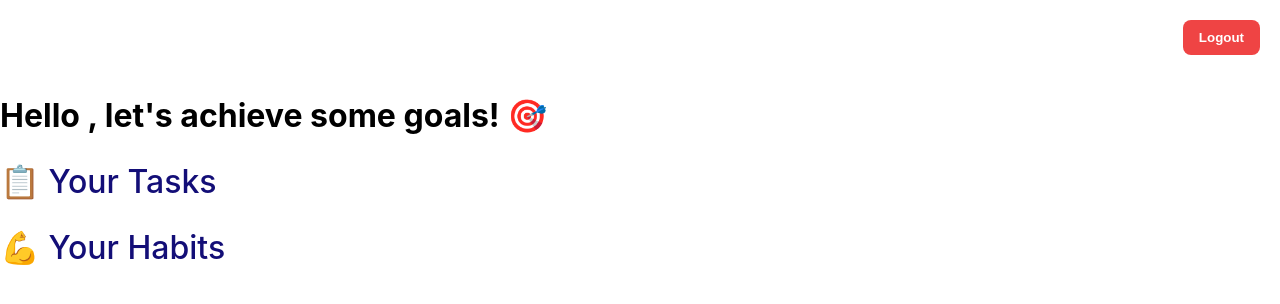
Repository: RachelB9913/smart-task-and-habit-tracker
Page: /dashboard
These files come from the project's save history. The page is drawn as it stood at one moment and after the next save; the edit follows.
The browser window is 1280 px wide. The pictures show the whole page.
The project was rebuilt for these pictures with package versions that can differ from the ones it lists, and the page was loaded fresh each time. Also part of the build but not shown: src/components/PageWrapper.js, src/components/welcome.js, src/services/api.js, src/components/Login.js, src/components/Register.js.

Above is the page before, as saved 2025-06-20 11:03:23.

### src/App.js
import { BrowserRouter as Router, Routes, Route } from 'react-router-dom';
import Welcome from './components/welcome';
import Login from './components/Login';
import Register from './components/Register';
import Dashboard from './components/DashBoard';

function App() {
  return (
    <Router>
      <Routes>
        <Route path="/" element={<Welcome />} />
        <Route path="/login" element={<Login />} />
        <Route path="/register" element={<Register />} />
        <Route path="/dashboard" element={<Dashboard />} />
      </Routes>
    </Router>
  );
}

export default App;

### src/components/DashBoard.js
import { useEffect, useState } from "react";
import { useNavigate } from "react-router-dom";

export default function Dashboard() {
  const [user, setUser] = useState(null);
  const [tasks, setTasks] = useState([]);
  const [habits, setHabits] = useState([]);
  const navigate = useNavigate();

  useEffect(() => {
    const storedUser = JSON.parse(localStorage.getItem("user"));
    if (storedUser) {
      setUsername(storedUser.username);
    }
  }, []);

  useEffect(() => {
    if (user) {
      fetch(`http://localhost:8080/api/tasks/user/${user.id}`)
        .then(res => {
          if (!res.ok) throw new Error("Failed to fetch tasks");
          return res.text(); // Get raw text first
        })
        .then(text => {
          if (!text) return []; // If empty response, return empty array
          return JSON.parse(text); // Convert to JSON
        })
        .then(data => setTasks(data))
        .catch(err => console.error("Task Fetch Error:", err));

      fetch(`http://localhost:8080/api/habits/user/${user.id}`)
        .then(res => {
          if (!res.ok) throw new Error("Failed to fetch habits");
          return res.text();
        })
        .then(text => {
          if (!text) return [];
          return JSON.parse(text);
        })
        .then(data => setHabits(data))
        .catch(err => console.error("Habit Fetch Error:", err));
    }
  }, [user]);

  const handleLogout = () => {
    localStorage.removeItem("user");
    navigate("/");
  };

  return (
    <div className="dashboard-container">
      <header className="dashboard-header">
        <button onClick={handleLogout}>Logout</button>
      </header>

      <main>
        <h1>Hello {user?.username}, let's achieve some goals! 🎯</h1>

        <section>
          <h2>📋 Your Tasks</h2>
          <ul>
            {tasks.map(task => (
              <li key={task.id}>{task.title} - {task.status}</li>
            ))}
          </ul>
        </section>

        <section>
          <h2>💪 Your Habits</h2>
          <ul>
            {habits.map(habit => (
              <li key={habit.id}>{habit.title} - {habit.frequency}</li>
            ))}
          </ul>
        </section>
      </main>
    </div>
  );
}

### src/App.css
form input {
  width: 100%;
  padding: 0.75rem;
  margin-bottom: 1rem;
  border: 1px solid #ddd;
  border-radius: 0.5rem;
  font-size: 1rem;
  transition: border-color 0.2s;
}

form input:focus {
  border-color: #6366f1; /* Indigo */
  outline: none;
}

form button,
.form-container button {
  width: 100%;
  padding: 0.75rem;
  font-size: 1rem;
  color: white;
  background-color: #6d6ed0; /* Indigo */
  border: none;
  border-radius: 0.5rem;
  cursor: pointer;
  transition: background-color 0.2s;
}

form button:hover,
.form-container button:hover {
  background-color: #4f46e5; /* Darker Indigo */
}

.form-container {
  max-width: 400px;
  margin: 100px auto;
  padding: 2rem;
  background-color: white;
  border-radius: 1rem;
  box-shadow: 0 8px 20px rgba(0, 0, 0, 0.1);
  text-align: center;
}

h2 {
  margin-bottom: 1.5rem;
  color: #130e77;
  font-size: 2rem;
  font-weight: 500;

}

.welcome-root {
  font-family: 'Manrope', 'Noto Sans', sans-serif;
  background: linear-gradient(to bottom, hsl(143, 51%, 71%), #1c979e);
  color: #111418;
  min-height: 100vh;
  display: flex;
  flex-direction: column;
}

.welcome-header {
  display: flex;
  justify-content: space-between;
  align-items: center;
  padding: 0rem 2rem;
  border-bottom: 1px solid #030f21;
  background-color: rgb(255, 255, 255);
}

.logo-area {
  display: flex;
  align-items: center;
  gap: 0.5rem;
}

.nav-links, .nav-actions {
  display: flex;
  gap: 1rem;
  align-items: center;
}

.nav-links a, .footer a {
  text-decoration: none;
  font-weight: 500;
  color: #111418;
}

.nav-actions button {
  padding: 0.5rem 1rem;
  border-radius: 8px;
  border: none;
  font-weight: bold;
  cursor: pointer;
}

/* top buttons */
.nav-actions button:first-child {
  background: #0c7ff2;
  color: white;
}

.nav-actions button:first-child:hover {
  background: #0361bf; /* new hover color */
  color: #e3e3e3;      /* optional: change text color on hover */
}

.nav-actions button:last-child {
  background: #f0f2f5;
  color: #111418;
}

.nav-actions button:last-child:hover {
  background: #b5b8bd; /* new hover color */
  color: #0c7ff2;      /* optional: change text color on hover */
}

.welcome-hero {
  background: transparent;
  padding: 3rem 2rem;
  text-align: center;
  color: rgb(1, 0, 9);
}

.welcome-hero h1 {
  font-size: 2.5rem;
  font-weight: 800;
}

.hero-actions {
  margin-top: 2rem;
  display: flex;
  justify-content: center;
  gap: 1rem;
}

.hero-actions button {
  padding: 0.75rem 1.5rem;
  font-weight: bold;
  border-radius: 8px;
  border: none;
  cursor: pointer;
}

/* center buttons */
.hero-actions button:first-child {
  background-color: #0c7ff2;
  color: white;
}

.hero-actions button:first-child:hover {
  background-color: #0c7ff2;
  color: white;
  border: #0d1101 1px solid;
}

.hero-actions button:last-child {
  background-color: #f0f2f5;
  color: #111418;
}

.hero-actions button:last-child:hover {
  background-color: #f0f2f5;
  color: #111418;
  border: #0d1101 1px solid;
}

.features {
  padding: 3rem 2rem;
  text-align: center;
}

.feature-cards {
  display: flex;
  gap: 1rem;
  flex-wrap: wrap;
  justify-content: center;
  margin-top: 2rem;
}

.feature-card {
  background: white;
  padding: 1.5rem;
  border-radius: 12px;
  border: 1px solid #052246;
  max-width: 300px;
  text-align: left;
  text-align: center;
  box-shadow: 0 4px 10px rgba(0, 0, 0, 0.5);

}

.footer {
  text-align: center;
  padding: 2rem;
  font-size: 1.1rem;
  color: #0d1101;
}

.register-background {
  background: linear-gradient(to left top, hsl(143, 51%, 71%), #1c979e);
  min-height: 100vh;
  display: flex;
  align-items: center;
  justify-content: center;
}

.login-background {
  background: linear-gradient(to right bottom, hsl(143, 51%, 71%), #1c979e);
  min-height: 100vh;
  display: flex;
  align-items: center;
  justify-content: center;
}

### src/components/Auth.css
.auth-container {
  max-width: 400px;
  margin: 60px auto;
  padding: 2rem;
  background-color: #f8f9fa;
  border-radius: 12px;
  box-shadow: 0 2px 10px rgba(0, 0, 0, 0.1);
}

.auth-form {
  display: flex;
  flex-direction: column;
  gap: 1rem;
}

.auth-form input {
  padding: 0.75rem;
  border-radius: 8px;
  border: 1px solid #ccc;
  font-size: 1rem;
}

.auth-form button {
  padding: 0.75rem;
  background-color: #007bff;
  color: white;
  border: none;
  border-radius: 8px;
  font-size: 1rem;
  cursor: pointer;
}

.auth-form button:hover {
  background-color: #0056b3;
}


.dashboard-header {
  display: flex;
  justify-content: flex-end;
  padding: 20px;
}

.dashboard-header button {
  padding: 10px 16px;
  background-color: #ef4444; /* red */
  color: white;
  border: none;
  border-radius: 8px;
  font-weight: bold;
  cursor: pointer;
}

.dashboard-header button:hover {
  background-color: #ad2626;
}

.button-group {
  display: flex;
  flex-direction: column;
  gap: 10px; /* Adjust the space between buttons */
}

Loaded but not shown: public/index.html (common file); src/index.js (common file); src/index.css (common file); src/reportWebVitals.js (common file)

After the next save:
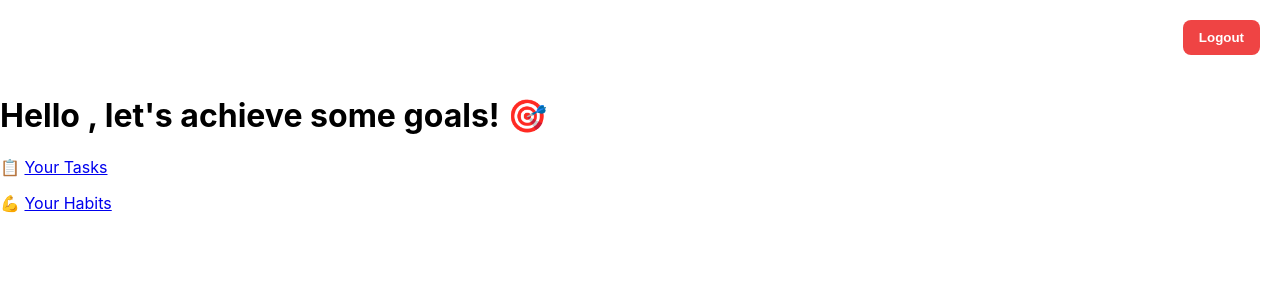
Saved 44 s later.
--- a/src/components/DashBoard.js
+++ b/src/components/DashBoard.js
@@ -2,48 +2,18 @@ import { useEffect, useState } from "react";
 import { useNavigate } from "react-router-dom";
 
 export default function Dashboard() {
-  const [user, setUser] = useState(null);
-  const [tasks, setTasks] = useState([]);
-  const [habits, setHabits] = useState([]);
+  const [username, setUsername] = useState(""); // ✅ this line was missing
   const navigate = useNavigate();
 
   useEffect(() => {
-    const storedUser = JSON.parse(localStorage.getItem("user"));
-    if (storedUser) {
-      setUsername(storedUser.username);
+    const storedUsername = localStorage.getItem("username");
+    if (storedUsername) {
+      setUsername(storedUsername);
     }
   }, []);
 
-  useEffect(() => {
-    if (user) {
-      fetch(`http://localhost:8080/api/tasks/user/${user.id}`)
-        .then(res => {
-          if (!res.ok) throw new Error("Failed to fetch tasks");
-          return res.text(); // Get raw text first
-        })
-        .then(text => {
-          if (!text) return []; // If empty response, return empty array
-          return JSON.parse(text); // Convert to JSON
-        })
-        .then(data => setTasks(data))
-        .catch(err => console.error("Task Fetch Error:", err));
-
-      fetch(`http://localhost:8080/api/habits/user/${user.id}`)
-        .then(res => {
-          if (!res.ok) throw new Error("Failed to fetch habits");
-          return res.text();
-        })
-        .then(text => {
-          if (!text) return [];
-          return JSON.parse(text);
-        })
-        .then(data => setHabits(data))
-        .catch(err => console.error("Habit Fetch Error:", err));
-    }
-  }, [user]);
-
   const handleLogout = () => {
-    localStorage.removeItem("user");
+    localStorage.removeItem("username");
     navigate("/");
   };
 
@@ -54,25 +24,9 @@ export default function Dashboard() {
       </header>
 
       <main>
-        <h1>Hello {user?.username}, let's achieve some goals! 🎯</h1>
-
-        <section>
-          <h2>📋 Your Tasks</h2>
-          <ul>
-            {tasks.map(task => (
-              <li key={task.id}>{task.title} - {task.status}</li>
-            ))}
-          </ul>
-        </section>
-
-        <section>
-          <h2>💪 Your Habits</h2>
-          <ul>
-            {habits.map(habit => (
-              <li key={habit.id}>{habit.title} - {habit.frequency}</li>
-            ))}
-          </ul>
-        </section>
+        <h1>Hello <strong>{username}</strong>, let's achieve some goals! 🎯</h1>
+        <p>📋 <a href="#">Your Tasks</a></p>
+        <p>💪 <a href="#">Your Habits</a></p>
       </main>
     </div>
   );
